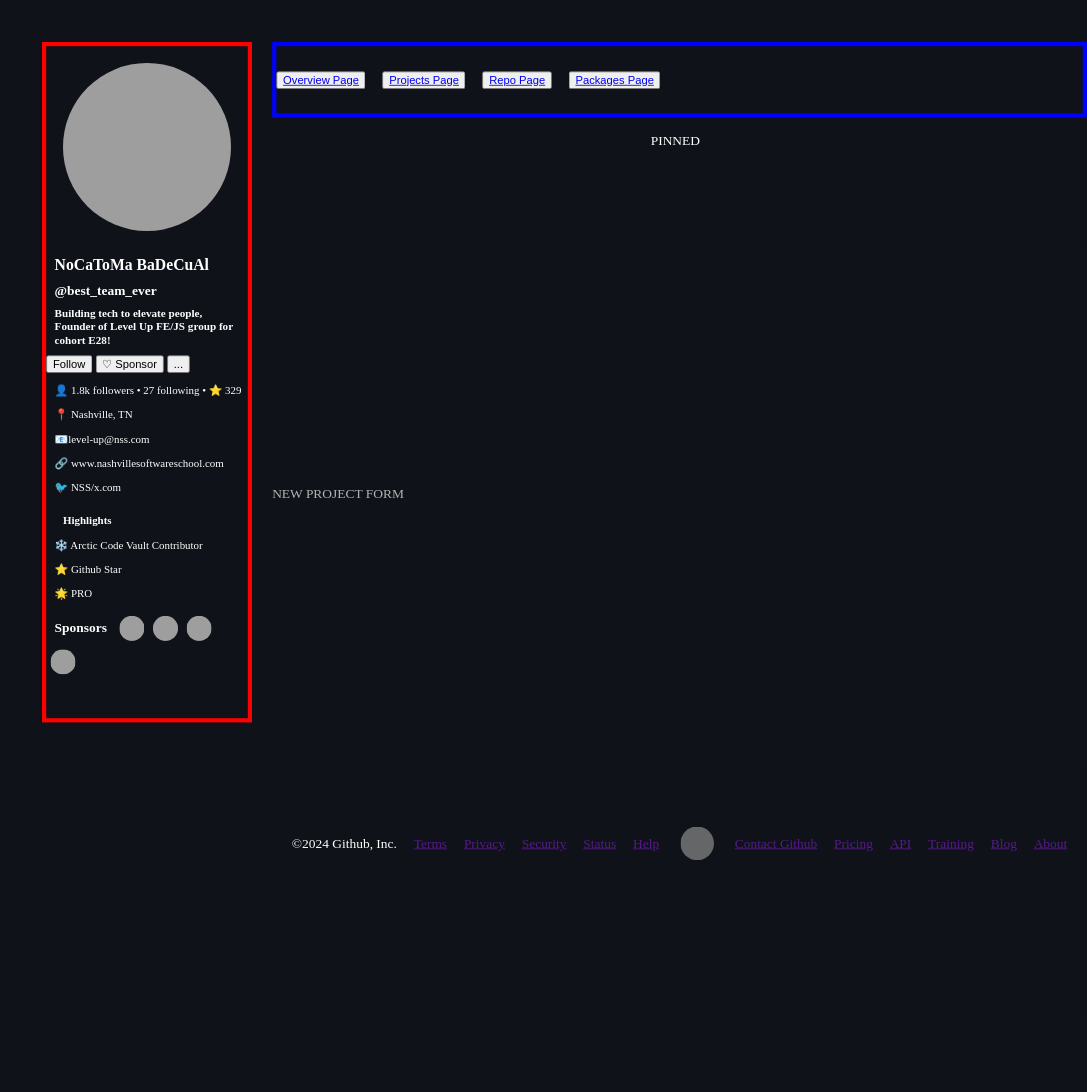
Repository: nss-evening-cohort-28/nss-evening-cohort-28-classroom-gitsub-Q1-project-gitsub
Page: index.html
An editor plug-in stored every save of this project. The page is shown before and after the next save, followed by the edit.
The browser window is 1280 px wide. The page is 1294 px wide, so the pictures cover 1294 px, including what lies to the right of the window. The pictures show the whole page, at 84% of full size.
Pictures or frames that could not be fetched are drawn as grey boxes.

Above is the page before, as saved 2024-08-10 13:16:53.
Console error: TypeError: Cannot read properties of null (reading 'addEventListener')

### index.html
<!DOCTYPE html>
<html lang="en">
<head>
    <meta charset="UTF-8">
    <meta name="viewport" content="width=device-width, initial-scale=1.0">
    <link rel="stylesheet" href="main.css">
    <title>Document</title>
</head>
<body>
    <div class="flexContainer">
        <div class="profile"></div>
        <div class="flexContainer">
            <div class="navBar"></div>



            <div class="pinned">PINNED</div>
            <div class="newProject">NEW PROJECT FORM</div>
            <div class="footer"></div>
        </div>
    </div>
    <script src="https://cdn.jsdelivr.net/npm/bootstrap@5.3.3/dist/js/bootstrap.bundle.min.js" integrity="sha384-YvpcrYf0tY3lHB60NNkmXc5s9fDVZLESaAA55NDzOxhy9GkcIdslK1eN7N6jIeHz" crossorigin="anonymous"></script>
    <script src="main.js"></script>
</body>
</html>

### main.css
body {
    background-color: #0F1218;
    text-align: center;
    margin: 50px;
    width: 1200px;
    color: white;
}

.flexContainer {
    display: flex;
    flex-wrap: wrap;
    flex-direction: column;
    max-width: 75rem;
    height: 75rem;
    gap: 2%;
}

.profile {
    border: 5px solid red;
    width: 15rem;
    height: 50rem;
    text-align: left;

}

.navBar {
    border: 5px solid blue;
    width: 60rem;
    height: 5rem;
}

.pinned {
    border: none;
    width: 60rem;
    height: 25rem;
    margin-top: 2%;
}

.newProject {
    width: 60rem;
    height: 25rem;
    margin-top: 2%;
    text-align: start;
    color: #B3B3B3;
}

#footerContainer {
    display: flex;
    align-self: flex-end;

}

/* Casey styling: Projects section */

#projectCards {
    border: 1px solid #24292d;
}

.card-header {
    background-color: #2b3137;
    color: #B3B3B3;
    text-align: start;
}

.list-group-item {
    display: flex;
    justify-content: space-between;
    background-color: #0F1218;
    color: #B3B3B3;
    border: 1px solid #24292d;
}



.form-control {
    background-color: #0F1218;
    border: 1px solid #24292d;
    color: white;
}

.form-control:focus {
    background-color: #0F1218;
    color: white;
}

.createBtn {
    background-color: #238536;
}

/* Noah Styling: Profile Section Start*/
h3, h4, h5 {
    margin: 10px;
}

.top-section {
    display: flex;
    flex-wrap: wrap;
    justify-content: flex-start;
    margin: 0px;
}

.card-img-top {
    display: flex;
    flex-wrap: wrap;
    justify-content: space-around;
    border-radius: 50%;
    height: 200px;
    width: 200px;
    margin: 20px;
  }

  .bottom-section {
    display: flex;
    flex-wrap: wrap;
    align-content: end;

  }
  .sponsor-pic {
    border-radius: 50%;
    height: 30px;
    width: 30px;
    margin: 5px;
  }

  .profile-body {
    font-size: small;
    margin: 0px 0px 0px 10px;
    padding: 0px;
  }

  .middle-section {
    font-size: small;
    margin-left: 10px;
  }
/* Noah Styling: Profile Section End */

/* Noah Styling: Footer Section Start */

.footer {
    display: flex;
    flex-wrap: wrap;
    flex-direction: row;
    justify-content: space-evenly;
}

.footer-pic {
    display: flex;
    flex-wrap: wrap;
    flex-direction: row;
    justify-content: space-evenly;
    opacity: 60%;
    border-radius: 50%;
    height: 40px;
    width: 40px;
    margin: 5px;
  }
  .footer-links {
    display: flex;
    flex-wrap: wrap;
    flex-direction: row;
    align-items: center;
    justify-content: space-between;
    gap: 20px;

  }


/* Noah Styling: Footer Section Start */

/* Noah Styling: Navbar Section Start */

.navBar {
  display: flex;
  flex-wrap: wrap;
  flex-direction: row;
  justify-content: flex-start;
  align-content: center;
  gap: 20px;
}





/* Noah Styling: Navbar Section End */

### main.js
const projects = [
  {
  id: 1,
  title: "dummyTitle",
  description: "Great dummy project. Real good. good stuff here",
  updatedTimeSig: "Updated 1,200 years ago",
  vis: true,
  },
  {
    id: 2,
    title: "dummy2",
    description: "This is a description",
    updatedTimeSig: "Updated 1 second ago",
    vis: true,
  },
]

const repos = [
  {
  id:1,
  title:"dummyRepo1",
  description:"red",
  codingLang:"javaScript",
  tags:"yellow",
  updatedTimeSin:"",
  issues:"broken",
  vis:true,
  forks:4,
  stars:5,
  },

  {
  id:2,
  title:"dummyRepo2",
  description:"green",
  codingLang:"CSS",
  tags:"round",
  undatedTimeSin:"",
  issues:"bugs",
  vis:false,
  forks:10,
  stars:2,
  },

  {
  id:3,
  title:"dummyRepo3",
  description:"brown",
  codingLang:"html",
  tags:"square",
  updatedTimeSin:"",
  issues:"merging",
  vis:true,
  forks:3,
  stars:1,
  },

  {
    id:4,
    title:"dummyRepo4",
    description:"orange",
    codingLang:"python",
    tags:"oval",
    updatedTimeSin:"",
    issues:"merging",
    vis:true,
    forks:3,
    stars:1,
  },

  {
    id:5,
    title:"dummyRepo5",
    description:"brown",
    codingLang:"cSharp",
    tags:"square",
    updatedTimeSin:"",
    issues:"merging",
    vis:false,
    forks:3,
    stars:1,
  },

  {
    id:6,
    title:"dummyRepo6",
    description:"pink",
    codingLang:"react",
    tags:"octogon",
    updatedTimeSin:"",
    issues:"merging",
    vis:true,
    forks:3,
    stars:1,
  },
  ]


  const packages = [
  {
  id:1,
  title:"devPort",
  description:"",
  },

  {
  id:2,
  title:"viewPort",
  description:"",
  },

  {
  id:3,
   title:"packPage",
    description:"",
  },

   {
   id:4,
   title:"poundGround",
    description:"",
    },

    {
    id:5,
    title:"elbowSwift",
    description:"",
    },

    {
    id:6,
   title:"patrolingPaw",
    description:"",
    },

  ]

// Renders arguments to the dom. divID is the target div you want to inject the html. "html" would be your "domString"
const renderToDom = (divID, html) => {
  const targetDiv = document.querySelector(divID);
  targetDiv.innerHTML = html;
}

// Injecting the profile into the dom
const navBarDom = document.querySelector(".navBar")
navBarDom.innerHTML = `<div class="Overview-button">
                <button><a href="index.html">
                  Overview Page
                </a></button>
              </div>

              <div class="project-button">
                <button><a href="projects.html">
                  Projects Page
                </a></button>
              </div>

              <div class="repo-button">
                <button><a href="repos.html">
                  Repo Page
                </a></button>
              </div>

              <div class="package-button">
                <button><a href="packages.html">
                  Packages Page
                </a></button>
              </div>`;

const profileDom = document.querySelector(".profile")
profileDom.innerHTML = `
          <div class="top-section">
            <img src="https://media.tenor.com/GliBTZeL1kQAAAAM/%D0%BC%D0%BE%D0%B9-%D0%B4%D0%B5%D0%B4.gif" class="card-img-top" >
            <div class="profile-info">
            <h3>NoCaToMa BaDeCuAl</h3>
            <h4>@best_team_ever</h4>
            <h5>Building tech to elevate people, Founder of Level Up FE/JS group for cohort E28!</h5>
            </div>
            <div class="profile-section-buttons">
              <div class="d-grid gap-2 d-md-block">
                <button class="btn btn-primary" type="button">Follow</button>
                <button class="btn btn-primary" type="button">♡ Sponsor</button>
                <button class="btn btn-primary" type="button">...</button>
              </div>
            </div>
            <div class="profile-body">
              <p>👤 1.8k followers • 27 following • ⭐️ 329</p>
              <p>📍 Nashville, TN</p>
              <p>📧level-up@nss.com</p>
              <p>🔗 www.nashvillesoftwareschool.com</p>
              <p>🐦 NSS/x.com</p>
            </div>
          </div>
          <div class="middle-section">
            <h4>Highlights</h4>
            <p>❄️ Arctic Code Vault Contributor</p>
            <p>⭐️ Github Star</p>
            <p>🌟 PRO</p>
          </div>
          <div class="bottom-section">
            <h4>Sponsors</h4>
            <br>
            <img src="https://avatars.githubusercontent.com/u/31261276?s=100&v=4" class="sponsor-pic">
            <img src="https://avatars.githubusercontent.com/u/137121714?s=100&v=4" class="sponsor-pic">
            <img src="https://avatars.githubusercontent.com/u/173638175?s=100&v=4" class="sponsor-pic">
            <img src="https://avatars.githubusercontent.com/u/107224963?s=100&v=4" class="sponsor-pic">
          </div>
`;

// Injecting footer into DOM
const footerDom = document.querySelector(".footer");
footerDom.innerHTML = `
              <div class="footer-links">
                <p>©2024 Github, Inc.</p>
                <a id="footer-tag" href="">Terms</a>
                <a id="footer-tag" href="">Privacy</a>
                <a id="footer-tag" href="">Security</a>
                <a id="footer-tag" href="">Status</a>
                <a id="footer-tag" href="">Help</a>
                <img src="https://cdn-icons-png.flaticon.com/256/889/889111.png" class="footer-pic">
                <a id="footer-tag" href="">Contact Github</a>
                <a id="footer-tag" href="">Pricing</a>
                <a id="footer-tag" href="">API</a>
                <a id="footer-tag" href="">Training</a>
                <a id="footer-tag" href="">Blog</a>
                <a id="footer-tag" href="">About</a>
              </div>
`


// projectCount to show how many projects "open" in header
const projectCount = projects.length;

let domString = "";

// Renders the project cards onto the dom from the projects array
const projectsOnDom = () => {
  domString = `
    <div id="projectCards" class="card">
      <div class="card-header">
        ${projectCount} Open
      </div>
      <ul class="list-group list-group-flush">
  `;
  for (project of projects) {
    domString += `
        <li class="list-group-item">
          <div id="titleEl">
            ${project.title}
          </div>
          <div id="visEl">
            ${project.vis ? "Public" : "Private"}
          </div>
          <div id="timeSigEl">
          ${project.updatedTimeSig}
          </div>
          <div id="descEl">
            ${project.description}
          </div>
        </li>
    `
  }
  domString += `
        </ul>
    </div>
  `
  renderToDom("#projects", domString);
}



// Create, the "C" in CRUD
form = document.querySelector("#projectForm")

const createProject = (e) => {
e.preventDefault(); // stops page from refreshing
  const newProjectObject = {
      id: projects.length + 1,
      title: document.querySelector("#projectNameInput").value,
      description: document.querySelector("#descInput").value,
      updatedTimeSig: "Updated 1 minute ago",
      vis: "Public",
      };

  projects.push(newProjectObject);
  projectsOnDom();
  form.reset();
}

form = document.querySelector("#projectForm");
form.addEventListener("submit", createProject);

projectsOnDom();

//create function to get repo data on the DOM
// const reposOnDom = (array) => {
//   let domString = "";
//   array.forEach((element) => {
//     domString += `
//  <div class="card" style="width: 18rem;">
//   <h5 class="card-title">${element.title}</h5
//   <p class="card-text">${element.description}.</p>
//    <p class="list-group-item">${element.codingLang}</p>
// </div>
// `
//   });
//   renderToDom(".pinned", domString)
// }

// reposOnDom(repos);

After the next save:
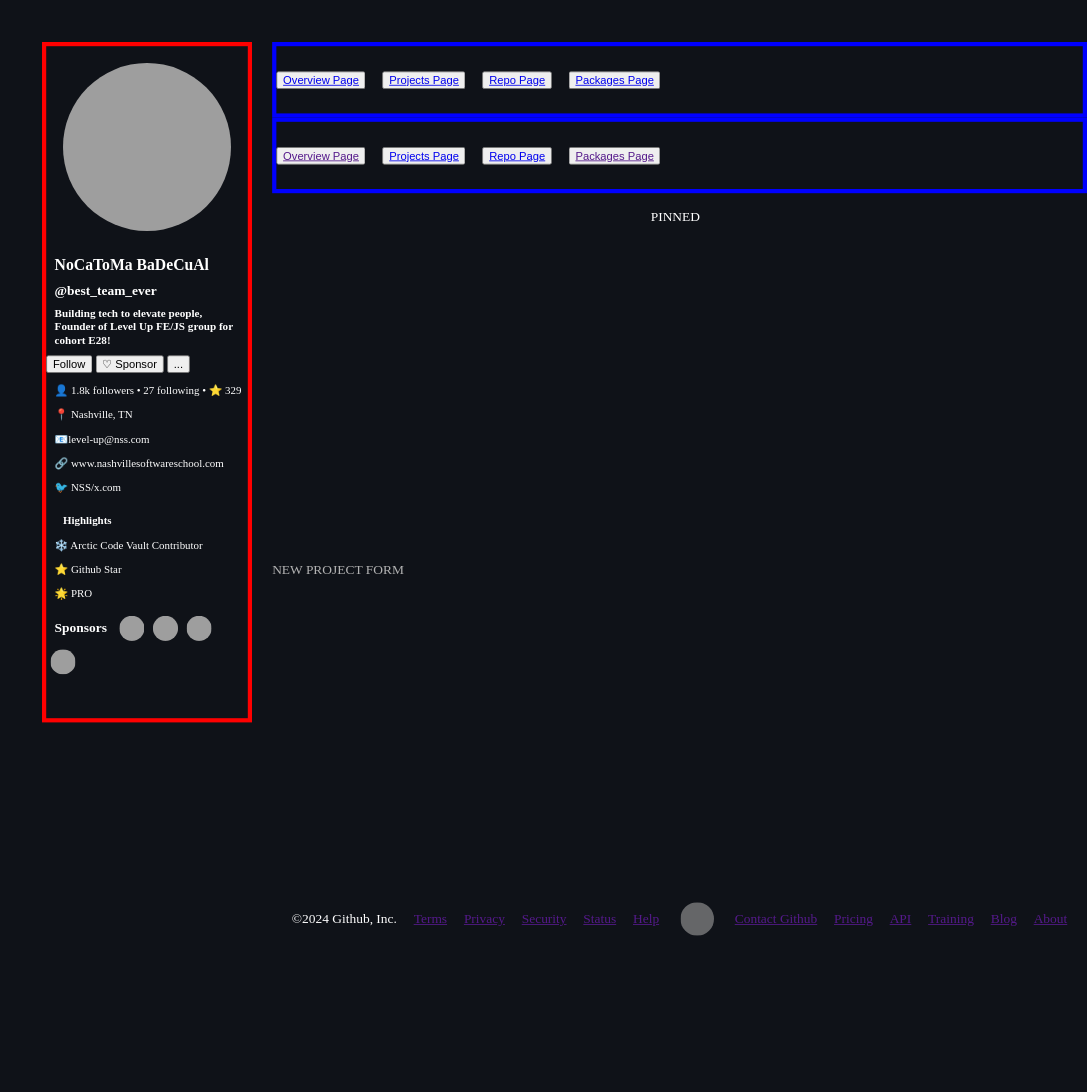
Saved 97 min 28 s later.
--- a/index.html
+++ b/index.html
@@ -11,6 +11,32 @@
         <div class="profile"></div>
         <div class="flexContainer">
             <div class="navBar"></div>
+            <div class="navBar">
+
+              <div class="Overview-button">
+                <button><a href="">
+                  Overview Page
+                </a></button>
+              </div>
+
+              <div class="project-button">
+                <button><a href="projects.html">
+                  Projects Page
+                </a></button>
+              </div>
+
+              <div class="repo-button">
+                <button><a href="repos.html">
+                  Repo Page
+                </a></button>
+              </div>
+
+              <div class="package-button">
+                <button><a href="">
+                  Packages Page
+                </a></button>
+              </div>
+            </div>
 
 
 
@@ -23,3 +49,4 @@
     <script src="main.js"></script>
 </body>
 </html>
+<!-- comment -->
